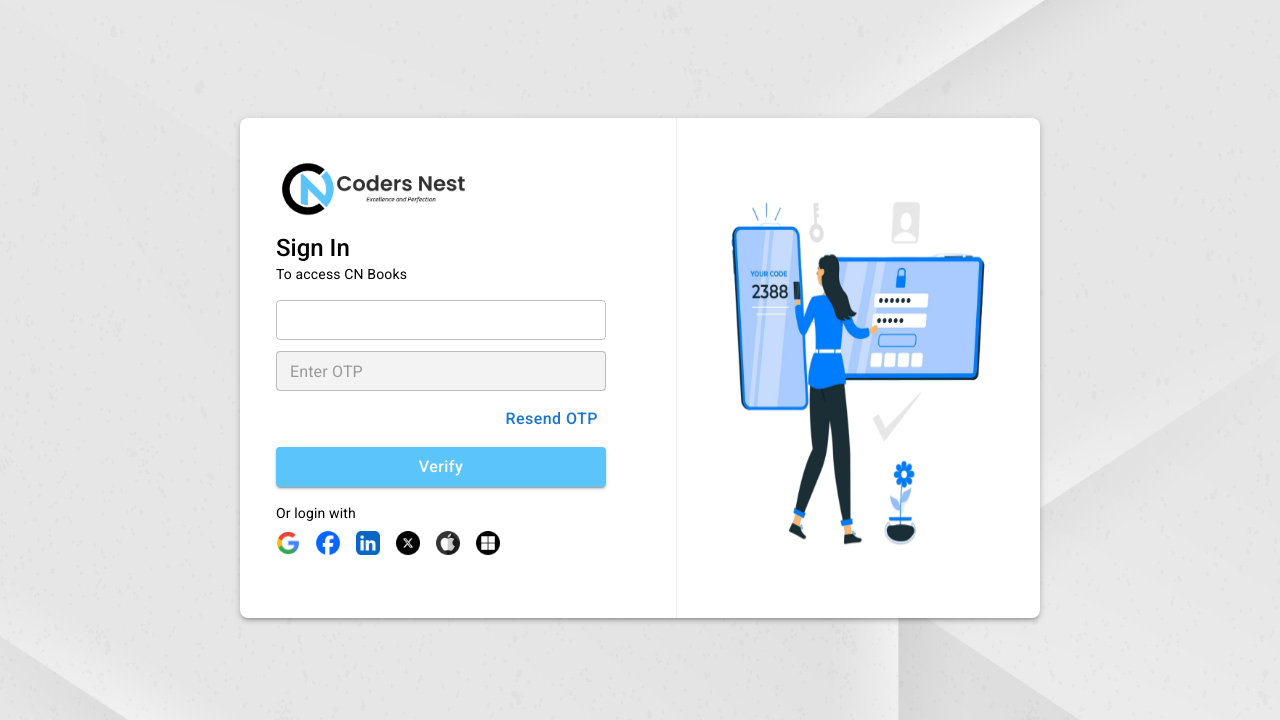
Repository: wajahadalishaik04/CN_Books
Page: /otpscreen
The author's editor kept a copy of each file at every save. The page is drawn from the files as they stood at one save, then again after the next save.
The browser window is 1280 px wide. The pictures show the whole page.
The project was rebuilt for these pictures with package versions that can differ from the ones it lists, and the page was loaded fresh each time. Also part of the build but not shown: vite.config.js, src/pages/LoginScreen.jsx, src/pages/Signin.jsx, src/pages/SignUp.jsx, src/pages/VerifyScreen.jsx, src/components/Header.jsx, src/components/SideBar.jsx, src/components/Content.jsx and 7 more.

Above is the page before, as saved 2024-09-30 18:17:07.

### index.html
<!DOCTYPE html>
<html lang="en">
  <head>
    <meta charset="UTF-8" />
    <link rel="preconnect" href="https://fonts.googleapis.com" />
    <link rel="preconnect" href="https://fonts.gstatic.com" crossorigin />
    <link
      rel="stylesheet"
      href="https://fonts.googleapis.com/css2?family=Roboto:wght@300;400;500;700&display=swap"
    />

    <meta name="viewport" content="width=device-width, initial-scale=1.0" />
    <title>CN_BOOKS</title>
  </head>
  <body>

    <div id="root"></div>
    <script type="module" src="/src/main.jsx"></script>
  </body>
</html>

### src/main.jsx
import { createRoot } from 'react-dom/client'
import App from './App.jsx'
import { Provider } from 'react-redux'
import store from './store/store.js'
import './styles/index.css'
createRoot(document.getElementById('root')).render(
 <Provider store={store}>
   <App />
 </Provider>
)

### src/App.jsx
import React from "react";
import LoginScreen from "./pages/LoginScreen";
import { BrowserRouter, Routes, Route, Navigate } from "react-router-dom";
import Signin from "./pages/Signin";
import { useSelector } from "react-redux";
import OtpScreen from "./pages/OtpScreen";
import SignUp from "./pages/SignUp";
import VerifyScreen from "./pages/VerifyScreen";
import DashboardScreen from "./pages/DashboardScreen";
import SideBar from "./components/SideBar";
import Header from "./components/Header";
import Customer from "./pages/Customer";
import WrapComponent from "./pages/WrapComponent";
import Category from "./pages/Category";
import NewCustomer from "./pages/customerscreens/NewCustomer";

const App = () => {
  const { user } = useSelector((e) => e.userReducer);
  return (
    <>
      <BrowserRouter>
        <Routes>
          <Route element={<WrapComponent />}>
            <Route path="/dashboardscreen" element={<DashboardScreen />} />
            <Route path="/customer" element={<Customer />} />
            <Route path="/category" element={<Category />} />
            <Route path="/newcustomer" element={<NewCustomer />} />

          </Route>
          <Route
            path="/"
            element={<Navigate to={user ? "/signin" : "/LoginScreen"} />}
          />
          <Route
            path="/signin"
            element={user ? <Navigate to={"/dashboardscreen"} /> : <Signin />}
          />
          <Route path="/loginscreen" element={<LoginScreen />} />
          <Route path="/otpscreen" element={<OtpScreen />} />
          <Route path="/signup" element={<SignUp />} />
          <Route path="/verifyscreen" element={<VerifyScreen />} />
        </Routes>
      </BrowserRouter>
    </>
  );
};

export default App;

### src/store/store.js
import { configureStore } from "@reduxjs/toolkit";
import { userReducer } from "./reducer";

const store = configureStore({
    reducer:{userReducer}
})
export default store;

### src/styles/index.css
*
{
    margin: 0;
    padding: 0;
    border: none;

}
.img
{
    background-color: red;
    background-clip: content-box;
    -webkit-background-clip: content-box;
    visibility: hidden;
}

### src/pages/OtpScreen.jsx
import React, { useState, useEffect } from "react";
import {
  Box,
  Button,
  TextField,
  Typography,
  Snackbar,
  Alert,
  styled,
} from "@mui/material";
import { images } from "../utils/ImgUtils";
import { Link, useLocation, useNavigate } from "react-router-dom";

const OtpScreen = () => {
  const [otp, setOtp] = useState(""); // Store entered OTP
  const [sentOtp, setSentOtp] = useState(""); // Store generated OTP
  const [error, setError] = useState(""); // Store error messages
  const [resendDisabled, setResendDisabled] = useState(false); // Timer control for Resend OTP button
  const [snackbarOpen, setSnackbarOpen] = useState(false); // Snackbar control
  const [snackbarMessage, setSnackbarMessage] = useState(""); // Snackbar message
  const [successSnackbarOpen, setSuccessSnackbarOpen] = useState(false); // Success Snackbar
  const [timer, setTimer] = useState(0); // Timer state for Resend button

  const navigate = useNavigate();
  const location = useLocation();
  const { emailMobile } = location.state || {};

  // Styled Resend Button
  const ResendOtp = styled(Button)({
    textTransform: "none",
    fontSize: "1rem",
  });

  // Function to generate OTP
  const generateOtp = () => {
    const randomOtp = Math.floor(100000 + Math.random() * 900000).toString(); // Generate a 6-digit OTP
    setSentOtp(randomOtp); // Store the OTP
    return randomOtp;
  };

  // Function to show snackbar
  const handleSnackbarOpen = (message) => {
    setSnackbarMessage(message);
    setSnackbarOpen(true);
  };

  const handleSnackbarClose = () => {
    setSnackbarOpen(false);
  };

  const handleSuccessSnackbarClose = () => {
    setSuccessSnackbarOpen(false);
  };

  // Function to send OTP (called on "Sent" button click)
  const sendOtp = () => {
    const otp = generateOtp(); // Generate OTP locally
    handleSnackbarOpen(`OTP: ${otp}`); // Show OTP in snackbar
  };

  // Resend OTP with 30-second timer
  const handleResendOtp = () => {
    sendOtp(); // Generate and display the OTP
    setResendDisabled(true);
    setTimer(30); // Set the countdown timer to 30 seconds
  };

  // Timer countdown for the Resend button
  useEffect(() => {
    if (timer > 0) {
      const countdown = setInterval(() => {
        setTimer((prev) => prev - 1);
      }, 1000);

      return () => clearInterval(countdown);
    } else {
      setResendDisabled(false); // Enable the Resend button after timer ends
    }
  }, [timer]);

  // Handle OTP submission and verification
  const handleSubmit = () => {
    if (!otp) {
      setError("OTP is required."); // Show error if no OTP is entered
    } else if (otp !== sentOtp) {
      setError("Invalid OTP. Please try again.");
    } else {
      setError(""); // Clear error on successful OTP
      setSuccessSnackbarOpen(true); // Show success message
      setTimeout(() => {
        navigate("/dashboardscreen"); // Navigate to the next screen after success
      }, 2000); // Delay navigation to show the success message
    }
  };

  return (
    <Box
      display="flex"
      justifyContent="center"
      alignItems="center"
      width="100%"
      height="100vh"
      sx={{ backgroundImage: "url(/images/BackgroundImg.jpeg)" }}
    >
      <Box
        display="flex"
        bgcolor="#fff"
        boxShadow={3}
        marginTop={2}
        borderRadius="8px"
        overflow="hidden"
        width="800px"
        height="500px"
      >
        {/* Left Side - OTP Form */}
        <Box flex={1} p={4.5} mt={1} component={"form"}>
          <Box flex={1} sx={{ width: "330px" }}>
            <Box
              display="flex"
              justifyContent="space-between"
              alignItems="center"
            >
              <img
                src={images.codersnestLogo}
                alt="Logo"
                style={{ width: 200 }}
              />
            </Box>
            <Typography variant="h5" fontWeight={500} mt={2}>
              Sign In
            </Typography>
            <Typography variant="body2" color="default" mb={2}>
              To access CN Books
            </Typography>

            <TextField
              sx={{ marginBottom: 1.4 }}
              size="small"
              fullWidth
              defaultValue={emailMobile}
              InputProps={{ readOnly: true }} // Read-only input for email/mobile
            />

            <TextField
              size="small"
              type="text"
              placeholder="Enter OTP"
              fullWidth
              value={otp}
              onChange={(e) => setOtp(e.target.value)}
              sx={{
                fontWeight: "500",
                backgroundColor: "#F3F3F3",
                "&:hover": {
                  backgroundColor: "#FFF",
                },
                "& .MuiOutlinedInput-root": {
                  "&.Mui-focused": {
                    backgroundColor: "#EBF9FF",
                    borderColor: "#5BC4FA",
                  },
                },
              }}
              error={!!error} // Show error if there is any
              helperText={error}
            />

            {/* Resend OTP button with timer */}
            <Box sx={{ display: "flex", justifyContent: "flex-end", mt: 1 }}>
              <ResendOtp onClick={handleResendOtp} disabled={resendDisabled}>
                Resend OTP {resendDisabled && `(${timer}s)`}
              </ResendOtp>
            </Box>

            {/* Verify Button */}
            <Button
              onClick={handleSubmit}
              variant="contained"
              fullWidth
              sx={{
                backgroundColor: "#5BC4FA",
                mt: 1,
                textTransform: "none",
                fontSize: "1rem",
              }}
            >
              Verify
            </Button>
            <Typography variant="body2" color="#000000" mt={2}>
              Or login with
            </Typography>
            {/* Social Icons */}
            <Box display="flex" justifyContent="flex-start" gap={2} mt={1}>
              <img src={images.googleicon} width={24} alt="googleicon" />
              <img src={images.facebookicon} width={24} alt="facebookicon" />
              <img src={images.linkedinicon} width={24} alt="linkedinicon" />
              <img src={images.xicon} width={24} alt="xicon" />
              <img src={images.appleicon} width={24} alt="appleicon" />
              <img src={images.windowsicon} width={24} alt="windowsicon" />
            </Box>


            {/* Snackbar for OTP display */}
            <Snackbar
              open={snackbarOpen}
              autoHideDuration={3000}
              onClose={handleSnackbarClose}
              anchorOrigin={{ vertical: "top", horizontal: "center" }}
            >
              <Alert
                onClose={handleSnackbarClose}
                severity="info"
                sx={{ width: "100%" }}
              >
                {snackbarMessage}
              </Alert>
            </Snackbar>

            {/* Success Snackbar for OTP verification */}
            <Snackbar
              open={successSnackbarOpen}
              autoHideDuration={3000}
              onClose={handleSuccessSnackbarClose}
              anchorOrigin={{ vertical: "top", horizontal: "center" }}
            >
              <Alert
                onClose={handleSuccessSnackbarClose}
                severity="success"
                sx={{ width: "100%" }}
              >
                Sign in was successfully completed!
              </Alert>
            </Snackbar>
          </Box>
        </Box>
        <Box sx={{ borderRight: "1.5px solid #EFEFEF" }}></Box>

        {/* Right Side - Illustration Image */}
        <Box
          flex={1}
          display="flex"
          justifyContent="center"
          alignItems="center"
          sx={{ display: { xs: "none", sm: "flex" } }}
        >
          <img
            src={images.otpImg}
            alt="Illustration"
            width="100%"
            height="95%"
            objectFit="cover"
          />
        </Box>
      </Box>
    </Box>
  );
};

export default OtpScreen;

### src/store/reducer.js
import { createReducer } from "@reduxjs/toolkit";

export const userReducer = createReducer({user:null},(builder)=>
{
    builder.addCase("loginUser",(state,action)=>
    {
        state.user = action.payload
    })
})

### src/utils/ImgUtils.js
export const images ={
    backgroundImg:"./images/BackgroundImg.jpeg",
    codersnest:"./images/codersnest.png",
    codersnestLogo:"./images/codersnest1.png",
    loginImg:"./images/login_illustration.png",
    otpImg:"./images/otpImg.png",
    signupImg:"./images/signup.png",
    googleicon:"./images/google-color-icon.png",
    facebookicon:"./images/facebook-round-color-icon.png",
    linkedinicon:"./images/linkedin-app-icon.png",
    xicon:"./images/x-social-media-round-icon.png",
    officemanImg:"./images/officeman.png",
    appleicon:"./images/apple.png",
    windowsicon:"./images/windows.png",
    Arrowdownicon:"./images/Arrowdown.png",
    Customericon:"./images/Customer.png",
    Addressicon:"./images/Address.png",
    Passwordicon:"./images/Password.png",
    Accounticon:"./images/Account.png",
    Logouticon:"./images/Logout.png",
    dashboardwhiteicon:"./images/DashboardWhiteIcon.png",
    dashboardicon:"./images/DashboardIcon.png",
    groupcustomericon:"./images/GroupCustomerIcon.png",
    groupcustomerwhiteicon:"./images/GroupCustomerWhiteIcon.png",
    categoryicon:"./images/categoryicon.png",
    categorywhiteicon:"./images/CategoryWhiteIcon.png",
    editicon:"./images/EditIcon.png",
    binicon:"./images/EditIcon.png",
    editicon:"./images/BinIcon.png",
    hiddenicon:"./images/HiddenIcon.png",
    verticaldoticon:"./images/VerticalDots.png",
    dollararrowicon:"./images/dollarArrow.png",
    doticon:"./images/dotIcon.png"
}

After the next save:
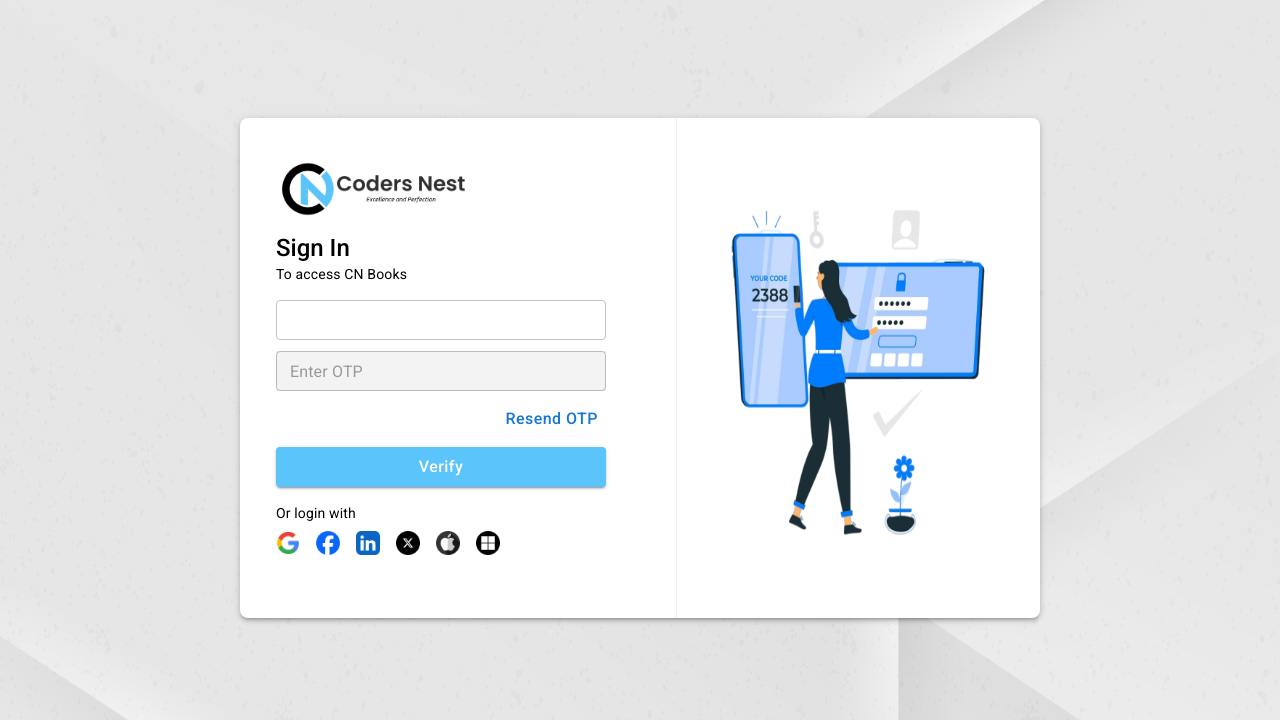
Saved 9 s later.
--- a/src/pages/OtpScreen.jsx
+++ b/src/pages/OtpScreen.jsx
@@ -247,7 +247,7 @@ const OtpScreen = () => {
             src={images.otpImg}
             alt="Illustration"
             width="100%"
-            height="95%"
+            height="90%"
             objectFit="cover"
           />
         </Box>
